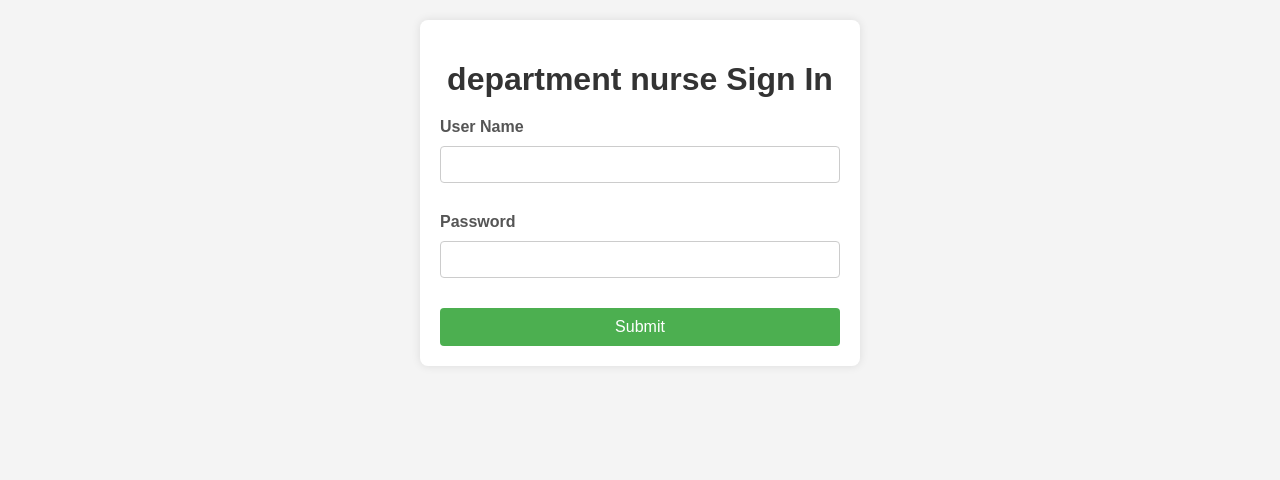
Repository: OmarAl-Saleh/Hospital-Emergency-System
Page: http://localhost/EmergencySystem/department_nurse/sign-in.jsp
These files come from the project's save history. The page is drawn as it stood at one moment and after the next save; the edit follows.
The browser window is 1280 px wide. The pictures show the whole page.
The page is served by Tomcat 9. Other server files are loaded and not shown.

Above is the page before, as saved 2024-05-25 17:53:18.

### EmergencySystem/EmergencySystem/src/main/webapp/department_nurse/sign-in.jsp
<%@ page language="java" contentType="text/html; charset=ISO-8859-1" pageEncoding="ISO-8859-1"%>
<!DOCTYPE html>
<html>
<head>
<meta charset="ISO-8859-1">
<title>Officer Sign In Page</title>
<style>
    body {
        font-family: Arial, sans-serif;
        background-color: #f4f4f4;
        margin: 0;
        padding: 20px;
    }

    form {
        background-color: white;
        padding: 20px;
        border-radius: 8px;
        box-shadow: 0 0 10px rgba(0, 0, 0, 0.1);
        max-width: 400px;
        margin: auto;
    }

    h1 {
        text-align: center;
        color: #333;
        margin-bottom: 20px;
    }

    label {
        display: block;
        margin-bottom: 10px;
        font-weight: bold;
        color: #555;
    }

    input[type="text"], input[type="password"], input[type="email"], input[type="tel"] {
        width: 100%;
        padding: 10px;
        margin-bottom: 15px;
        border: 1px solid #ccc;
        border-radius: 4px;
        box-sizing: border-box;
    }

    input[type="submit"] {
        background-color: #4CAF50;
        color: white;
        border: none;
        padding: 10px 20px;
        cursor: pointer;
        border-radius: 4px;
        width: 100%;
        font-size: 16px;
    }

    input[type="submit"]:hover {
        background-color: #45a049;
    }

    .form-group {
        margin-bottom: 15px;
    }
</style>
</head>
<body>
<form action="department_nurse" method="get">
    <h1>department nurse Sign In</h1>
    <input type="hidden" name="source" value="sign-in"/>
    <div class="form-group">
        <label for="name">User Name</label>
        <input type="text" id="name" name="name" required/>
    </div>
    <div class="form-group">
        <label for="password">Password</label>
        <input type="password" id="password" name="password" required/>
    </div>
    <input type="submit" value="Submit"/>
</form>
</body>
</html>

After the next save:
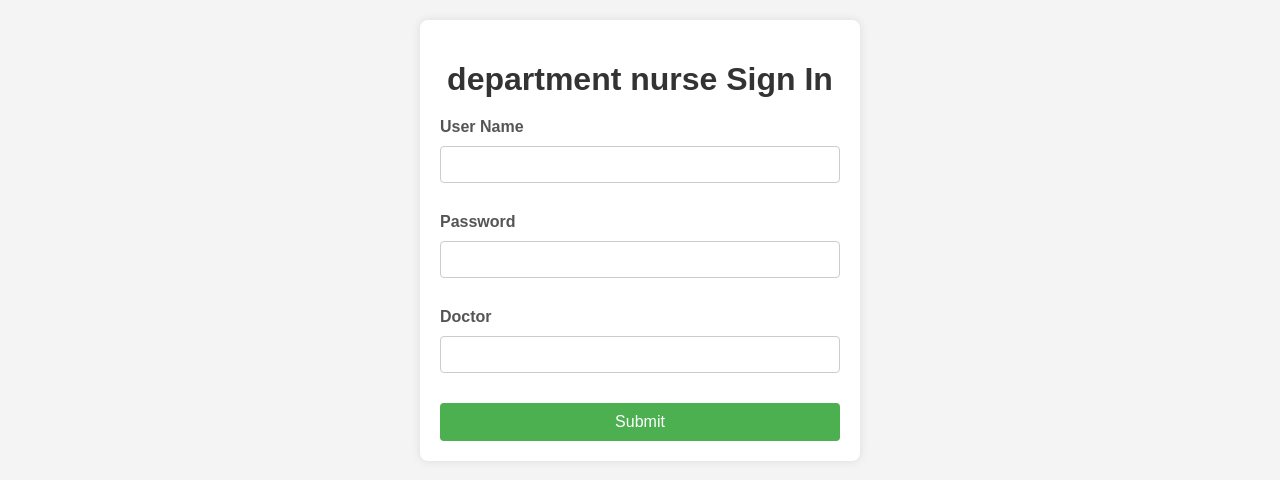
Saved 27 s later.
--- a/EmergencySystem/EmergencySystem/src/main/webapp/department_nurse/sign-in.jsp
+++ b/EmergencySystem/EmergencySystem/src/main/webapp/department_nurse/sign-in.jsp
@@ -75,6 +75,10 @@
         <label for="password">Password</label>
         <input type="password" id="password" name="password" required/>
     </div>
+     <div class="form-group">
+            <label for="doctor">Doctor</label>
+            <input type="text" id="doctor" name="doctor" required/>
+        </div>
     <input type="submit" value="Submit"/>
 </form>
 </body>
